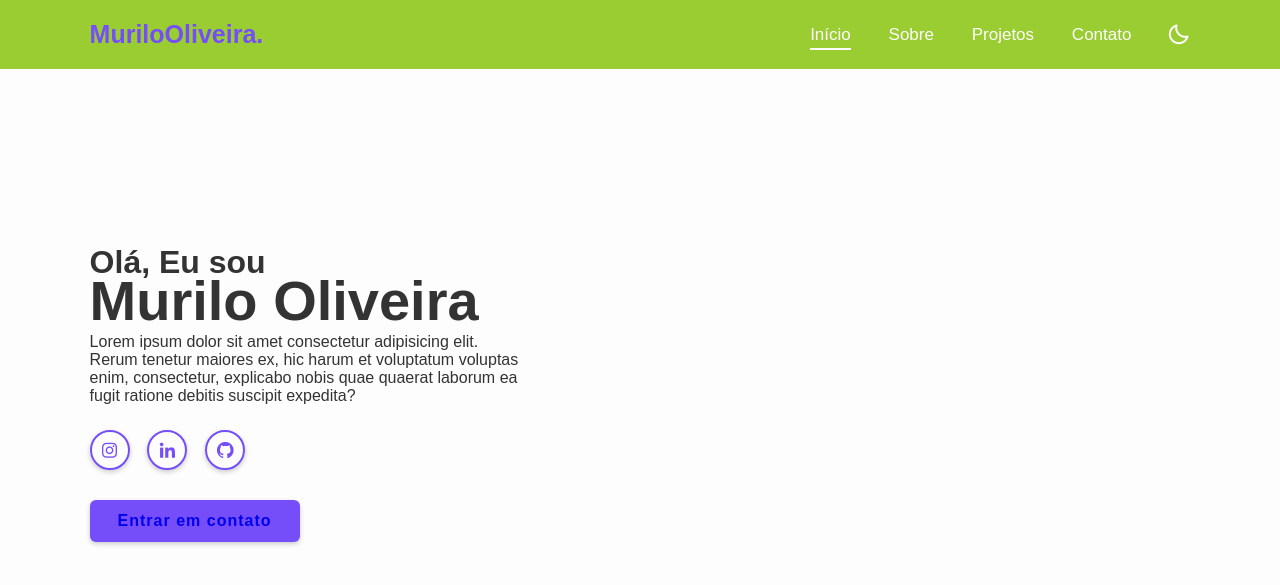
Repository: devMuriloOliveira/Portfolio-
Page: index.html
The author's editor kept a copy of each file at every save. The page is drawn from the files as they stood at one save, then again after the next save.
The browser window is 1280 px wide. The pictures show the whole page.
The pointer rests on the first visible `.btn`.

Above is the page before, as saved 2023-03-10 16:20:38.

### index.html
<!DOCTYPE html>
<html lang="en">
  <head>
    <meta charset="UTF-8" />
    <meta http-equiv="X-UA-Compatible" content="IE=edge" />
    <meta name="viewport" content="width=device-width, initial-scale=1.0" />
    <title>Murilo Oliveira</title>

    <!--box icons-->
    <link
      href="https://unpkg.com/boxicons@2.1.4/css/boxicons.min.css"
      rel="stylesheet"
    />

    <!--font-->
    <link
      rel="stylesheet"
      href="https://fonts.googleapis.com/css2?family=Material+Symbols+Outlined:opsz,wght,FILL,GRAD@20..48,100..700,0..1,-50..200"
    />

    <!--css-->
    <link rel="stylesheet" href="style.css" />
  </head>
  <body>
    <header class="header">
      <a class="logo" href="#">Murilo<span>Oliveira</span>.</a>

      <nav class="navbar">
        <a href="#inicio" class="active">Início</a>
        <a href="#sobre">Sobre</a>
        <a href="#projetos">Projetos</a>
        <a href="#contato">Contato</a>
      </nav>

      <div class="bx bx bx-moon" id="darkMode-icon"></div>
    </header>

    <section class="inicio" id="inicio">
      <div class="inicio-content">
        <h3>Olá, Eu sou</h3>
        <h1>Murilo Oliveira</h1>
        <p>
          Lorem ipsum dolor sit amet consectetur adipisicing elit. Rerum tenetur
          maiores ex, hic harum et voluptatum voluptas enim, consectetur,
          explicabo nobis quae quaerat laborum ea fugit ratione debitis suscipit
          expedita?
        </p>

        <div class="social-media">
          <a href="#"><i class="bx bxl-instagram"></i></a>
          <a href="#"><i class="bx bxl-linkedin"></i></a>
          <a href="#"><i class="bx bxl-github"></i></a>
        </div>

        <a href="#" class="btn">Entrar em contato</a>
      </div>
    </section>
    <script src="js/script.js"></script>
  </body>
</html>

### style.css
*{
  margin: 0;
  padding: 0;
  box-sizing: border-box;
  text-decoration: none;
  border: none;
  outline: none;
  scroll-behavior: smooth;
  font-family: 'Poppins', sans-serif;
}

:root{
  --bg-color: #fdfdfd;
  --text-color: #333;
  --main-color: #754ef9;
  --white-color: #fdfdfd;
  --shadow-color: rgba(0, 0, 0, .2);
}

html{
  font-size: 62.5%;
  overflow-x: hidden;
}

body{
  background: var(--bg-color);
  color: var(--text-color);
}

.header{
  position: fixed;
  top: 0;
  left: 0;
  width: 100%;
  padding: 2rem 7%;
  background: yellowgreen;
  display: flex;
  align-items: center;
  z-index: 100;
}

.logo{
  font-size: 2.5rem;
  color: var(--main-color);
  font-weight: 600;
  cursor: default;
  margin-right: auto;
}

.navbar a{
  position: relative;
  font-size: 1.7rem;
  color: var(--white-color);
  font-weight: 500;
  margin-right: 3.5rem;
}

.navbar a.active::before{
  content: '';
  position: absolute;
  left: 0;
  bottom: -6px;
  width: 100%;
  height: .2rem;
  background: var(--white-color);
}

#darkMode-icon{
  font-size: 2.4rem;
  color: var(--white-color);
  cursor: pointer;
}

section{
  min-height: 100vh;
  padding: 10rem 7% 2rem;
}

.inicio{
  display: flex;
  align-items: center;
}

.inicio .inicio-content{
  max-width: 44rem;
}

.inicio-content h3{
  font-size: 3.2rem;
  font-weight: 700;
  line-height: .3;
}

.inicio-content h1{
  font-size: 5.6rem;
  font-weight: 700;
}

.inicio-content p{
  font-size: 1.6rem;
}

.inicio-content .social-media a{
  display: inline-flex;
  justify-content: center;
  align-items: center;
  width: 4rem;
  height: 4rem;
  background: transparent;
  border: .2rem solid var(--main-color);
  border-radius: 50%;
  box-shadow: 0 .2rem .5rem var(--shadow-color);
  font-size: 2rem;
  color: var(--main-color);
  margin: 2.5rem 1.5rem 3rem 0;
  transition: .5s ease;
}

.inicio-content .social-media a:hover{
  background: var(--main-color);
  color: var(--white-color);
}

.btn{
  display: inline-block;
  padding: 1.2rem 2.8rem;
  background: var(--main-color);
  border-radius: .6rem;
  box-shadow: 0 .2rem .5rem var(--shadow-color);
  font-size: 1.6rem;
  letter-spacing: .1rem;
  font-weight: 600;
}

Loaded but not shown: js/script.js (no stored copy; drawn as an empty file)

After the next save:
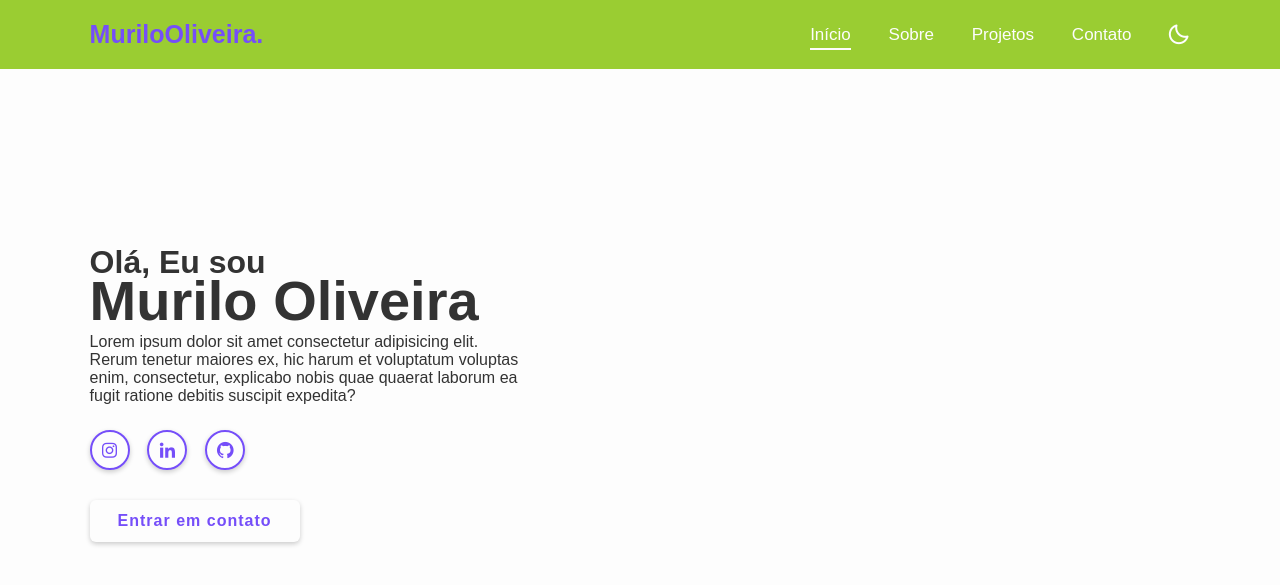
Saved 47 s later.
--- a/style.css
+++ b/style.css
@@ -131,3 +131,8 @@ section{
   letter-spacing: .1rem;
   font-weight: 600;
 }
+
+.btn:hover{
+  background: transparent;
+  color: var(--main-color);
+}
